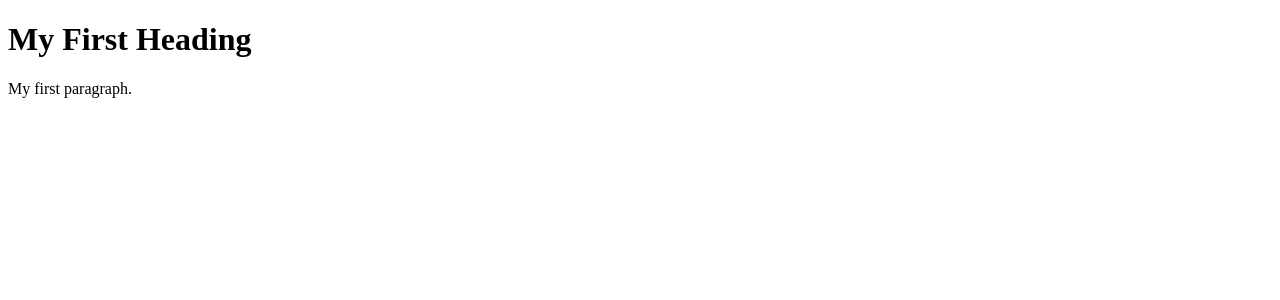
Repository: meganclapinski/meganclapinski.github.io
Page: index.html
The author's editor kept a record of every edit. The page is drawn from the files as they stood at one moment, then again after the next edit.
The browser window is 1280 px wide. The pictures show the whole page.

Above is the page before.

### index.html
<!DOCTYPE html>
<html>
<head>
    <title>Page Title</title>
</head>
<body>

    <h1>My First Heading</h1>
    <p>My first paragraph.</p>

</body>
</html>

After the next edit:
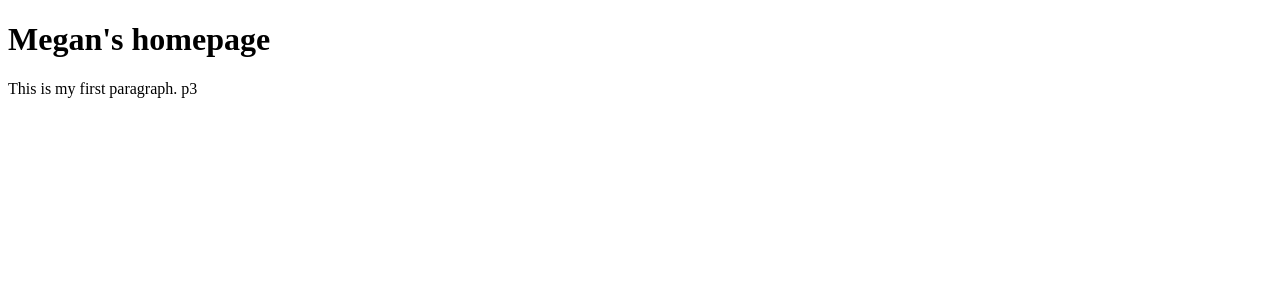
The edit:
--- a/index.html
+++ b/index.html
@@ -5,8 +5,9 @@
 </head>
 <body>
 
-    <h1>My First Heading</h1>
-    <p>My first paragraph.</p>
+    <h1>Megan's homepage</h1>
+    <p>This is my first paragraph. p3</p>
+
 
 </body>
 </html>
